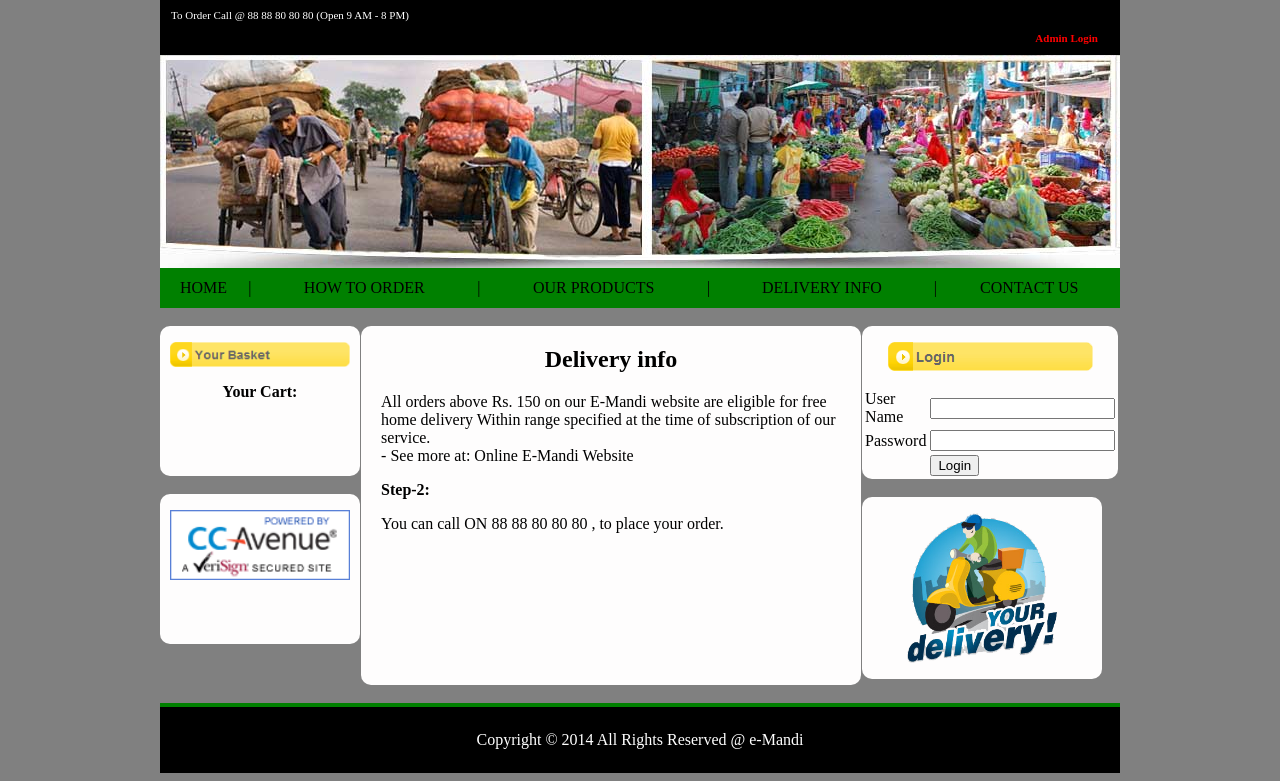
Repository: aashi12/e_mandi
Page: http://localhost/e_mandi/deliveryInfo.jsp
These files come from the project's save history. The page is drawn as it stood at one moment and after the next save; the edit follows.
The browser window is 1280 px wide. The pictures show the whole page.
The page is served by Tomcat 9. Other server files are loaded and not shown.

Above is the page before, as saved 2014-04-18 12:18:56.

### e_mandi/WebContent/deliveryInfo.jsp
<%@ page language="java" contentType="text/html; charset=ISO-8859-1"
    pageEncoding="ISO-8859-1"%>
<!DOCTYPE html PUBLIC "-//W3C//DTD HTML 4.01 Transitional//EN" "http://www.w3.org/TR/html4/loose.dtd">
<html>
<head>
<meta http-equiv="Content-Type" content="text/html; charset=ISO-8859-1">
<title>Online e-Mandi</title>
<link rel="stylesheet" href="style.css" />
</head>
<body bgcolor="gray">
<div id="container">
<div id="main">
<table border="0" width="960" height="270" cellspacing="0" cellpadding="0">
<tr>
<td height="25" bgcolor="black" class="order"><p> &nbsp;&nbsp;&nbsp;&nbsp;To Order Call @ 88 88 80 80 80 (Open 9 AM - 8 PM)</p>
<p align="right" class="admin"><b><a href="admin.jsp">Admin Login</a> &nbsp; &nbsp; &nbsp; &nbsp;</b></p>
</td>
</tr>
<tr>
<td class="bann">
<!--  banner -->
</td>
</tr>
</table>
<table border="0" width="960" height="40" cellspacing="0" cellpadding="0">
<tr bgcolor="green">
<td align="center" class="tab"><a href="index.jsp">HOME</a></td>
<td align="center" class="tab">|</td>
<td align="center" class="tab"><a href="howToOrder.jsp">HOW TO ORDER</a></td>
<td align="center" class="tab">|</td>
<td align="center" class="tab"><a href="ourProducts.jsp">OUR PRODUCTS</a></td>
<td align="center" class="tab">|</td>
<td align="center" class="tab"><a href="deliveryInfo.jsp">DELIVERY INFO</a></td>
<td align="center" class="tab">|</td>
<td align="center" class="tab"><a href="contactUs.jsp">CONTACT US</a></td>
</tr>
</table>
<br/>
<table border="0" width="960" height="auto" cellspacing="0" cellpadding="0">
<tr>
<td width="200" valign="top">
<table class="basket" width="200" height="150" cellspacing="0" cellpadding="0" bgcolor="#fefdfd">
<tr>
<td align="center" valign="top">
<p><img src="images/basket.png" width="180"/></p>
<p class="bask"><b>Your Cart:</b></p>
</td>
</tr>
</table>
&nbsp;
<table class="basket" width="200" height="150" cellspacing="0" cellpadding="0" bgcolor="#fefdfd">
<tr>
<td align="center" valign="top">
<p><img src="images/ccav.gif" width="180"/></p>
</td>
</tr>
</table>
</td>
<td width="560" align="center" valign="top">
<table class="basket" border="0" width="500" height="150" cellspacing="0" cellpadding="0" bgcolor="#fefdfd">
<tr>
<td  valign="top">
<h2 align="center">Delivery info </h2>
<div id="con1">
<p>All orders above Rs. 150 on our E-Mandi website are eligible for free home delivery
Within range specified at the time of subscription of our service.
<br/>
- See more at: Online E-Mandi Website</p>
<p><b>Step-2:</b></p>
<p>You can call ON    88 88 80 80 80 , to place your order.</p>

<p>&nbsp;</p>
<p>&nbsp;</p>
<p>&nbsp;</p>
<p>&nbsp;</p>
</div>
</td>
</tr>
</table>

</td>
<td width="300" valign="top">
<table border="0" class="basket" width="200" height="150" cellspacing="0" cellpadding="0" bgcolor="#fefdfd">
<tr>
<td align="center">
<p><img src="images/login.png" /></p>
<table width="240">
<tr>
<td>User Name</td>
<td><input type="text" name="uname"></td>
</tr>
<tr>
<td>Password</td>
<td><input type="password" name="pass"></td>
</tr>
<tr>
<td></td>
<td><input type="submit" value="Login"></td>
</tr>
</table>
</td>
</tr>
</table>
&nbsp;
<table border="0" class="basket" width="240" height="150" cellspacing="0" cellpadding="0" bgcolor="#fefdfd">
<tr>
<td align="center">
<p><img src="images/free.png" width="150" height="150" /></p>
</td>
</tr>
</table>
</td>
</tr>
</table>
&nbsp;
<table border="0" width="960" height="70" cellspacing="0" cellpadding="0">
<tr>
<td height="4" bgcolor="green"></td>
</tr>
<tr>
<td height="65" bgcolor="black" align="center" class="foot">
<p>Copyright &copy; 2014 All Rights Reserved @ e-Mandi</p>
</td>
</tr>
</table>
</div>
</div>
</body>
</html>

### e_mandi/WebContent/style.css
#container{margin-top:-10px;}
#main{margin: 0px auto;width:960px;}
.tab{color:#000;text-decoration:none;}
.tab a{color:#000;text-decoration:none;}
.tab a:hover{color:#fff;text-decoration:none;}
.tab12{color:#fff;text-decoration:none;}
.tab12 a{color:#fff;text-decoration:none;}
.tab12 a:hover{color:red;text-decoration:none;}
.bann{background-image: url(images/header.jpg);}
.order{color:#fff; font-size:11px;}
.free{padding-left:400px;}
.logo{padding-bottom:50px;}
.basket{border-radius:10px;}
.foot{color:#fff;}
.cat{color:#000;text-decoration:none;}
.cat a{color:red;text-decoration:none;}
.cat a:hover{color:green;text-decoration:none;}
.admin{color:red;text-decoration:none; }
.admin a{color:red; text-decoration:none;}
.admin a:hover{color:#fff;text-decoration:none; }
#con1{padding-left:20px;padding-right:20px;}
img{border:none;}
a{text-decoration:none;}
.log a{text-decoration:none;}
.section a{color:green;text-decoration:none;}
.section a:hover{color:red;text-decoration:none;}
.quick{color:green;text-decoration:underline;}
#login
{
	text-align:center;

}

After the next save:
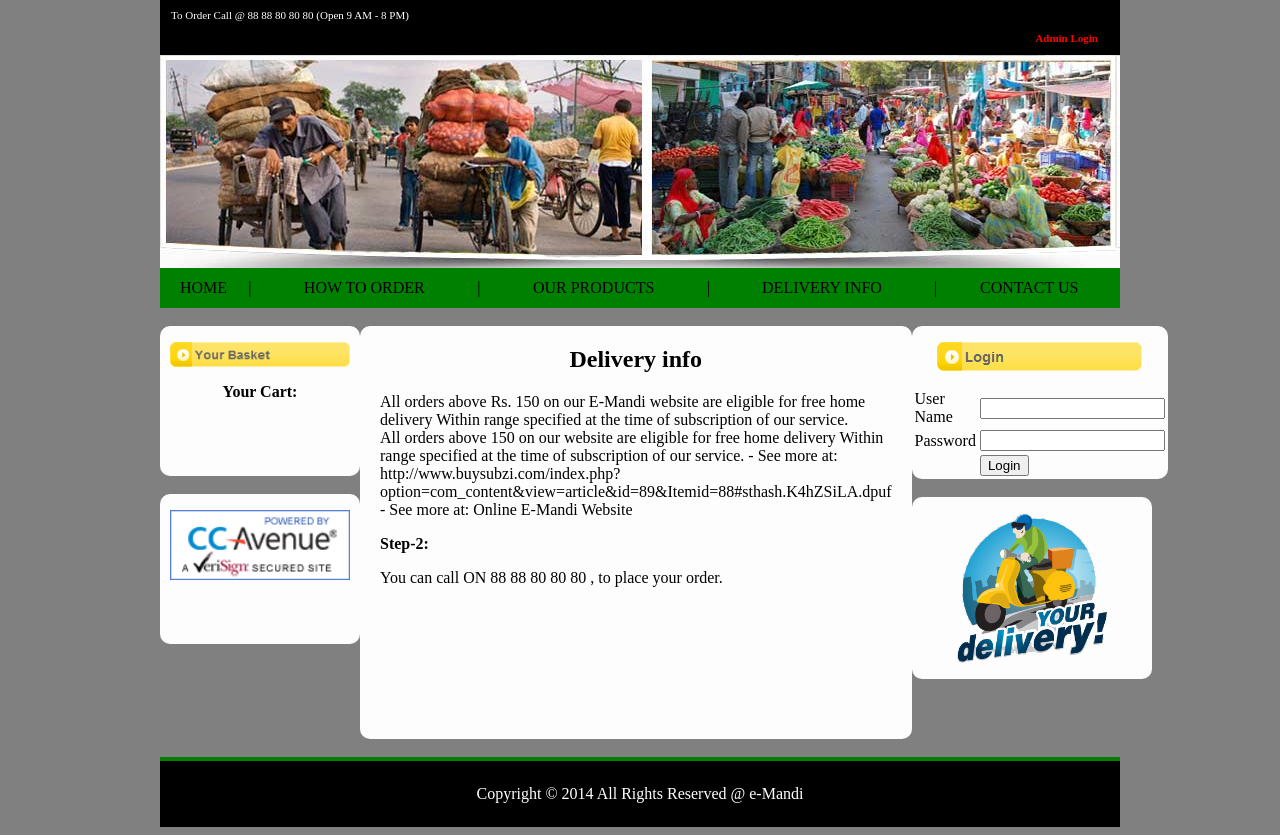
Saved 37 s later.
--- a/e_mandi/WebContent/deliveryInfo.jsp
+++ b/e_mandi/WebContent/deliveryInfo.jsp
@@ -64,7 +64,10 @@
 <div id="con1">
 <p>All orders above Rs. 150 on our E-Mandi website are eligible for free home delivery
 Within range specified at the time of subscription of our service.
-<br/>
+<br/>All orders above 150 on our website are eligible for free home delivery
+
+Within range specified at the time of subscription of our service.
+- See more at: http://www.buysubzi.com/index.php?option=com_content&view=article&id=89&Itemid=88#sthash.K4hZSiLA.dpuf
 - See more at: Online E-Mandi Website</p>
 <p><b>Step-2:</b></p>
 <p>You can call ON    88 88 80 80 80 , to place your order.</p>
